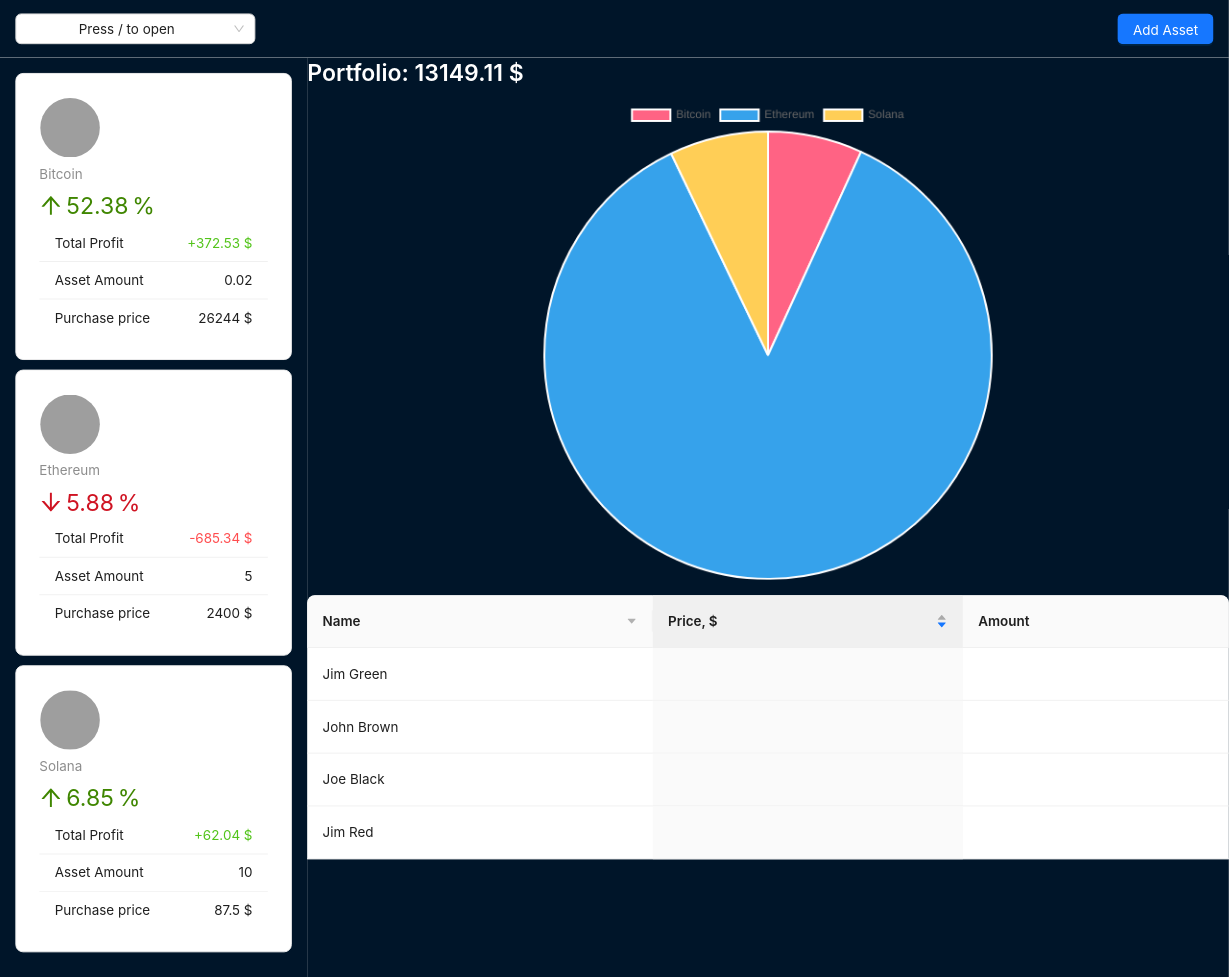
Repository: Vadia23/React-Crypto-App
Page: /
The author's editor kept a copy of each file at every save. The page is drawn from the files as they stood at one save, then again after the next save.
The browser window is 1280 px wide. The pictures show the whole page, at 96% of full size.
Pictures or frames that could not be fetched are drawn as grey boxes. The project was rebuilt for these pictures with package versions that can differ from the ones it lists, and the page was loaded fresh each time. Also part of the build but not shown: vite.config.js, src/components/CoinInfo.jsx, src/components/CoinInfoModal.jsx, src/components/AddAssetForm.jsx, src/components/layout/AppConten.jsx.

Above is the page before, as saved 2024-02-28 17:44:37.

After the next save:
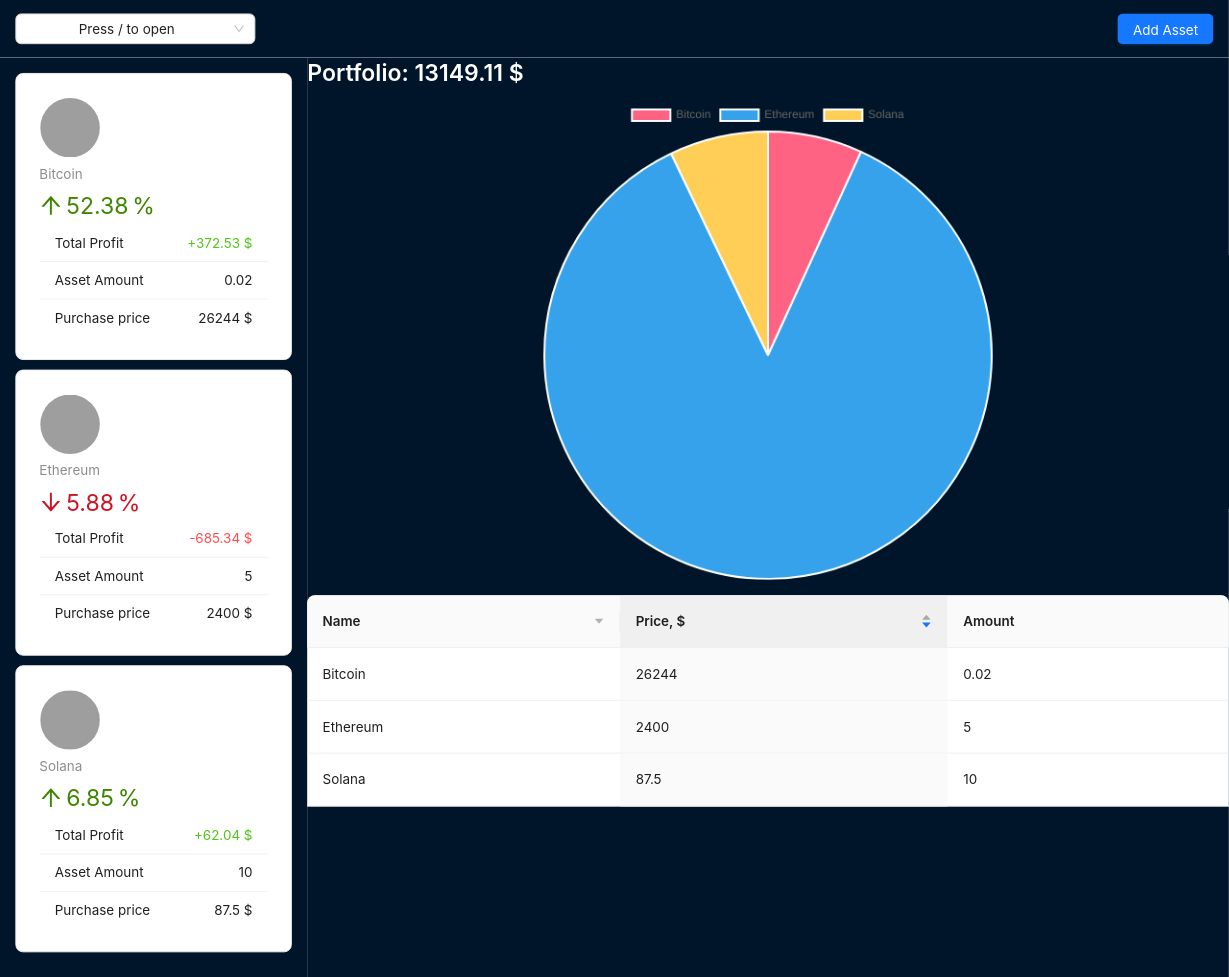
Saved 2 min 0 s later.
--- a/src/components/AssetsTable.jsx
+++ b/src/components/AssetsTable.jsx
@@ -75,6 +75,13 @@
 export default function AssetsTable() {
   const { assets } = useCrypto();
 
+  const data = assets.map((a) => ({
+    key: a.id,
+    name: a.name,
+    price: a.price,
+    amount: a.amount,
+  }));
+
   return (
     <Table
       pagination={false}
